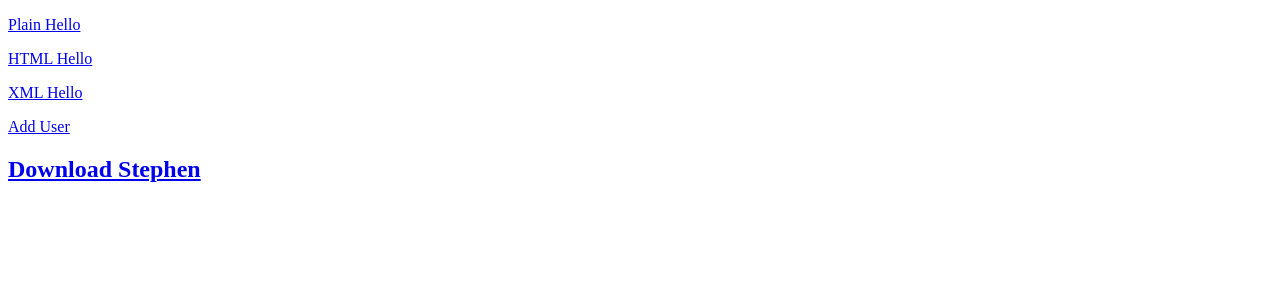
Repository: GourabIX/Java_FSD
Page: Assignment/restful_web_service/WebServiceClientWebApp/src/main/webapp/index.html
These files come from the project's save history. The page is drawn as it stood at one moment and after the next save; the edit follows.
The browser window is 1280 px wide. The pictures show the whole page.

Above is the page before, as saved 2019-10-03 13:07:22.

After the next save:
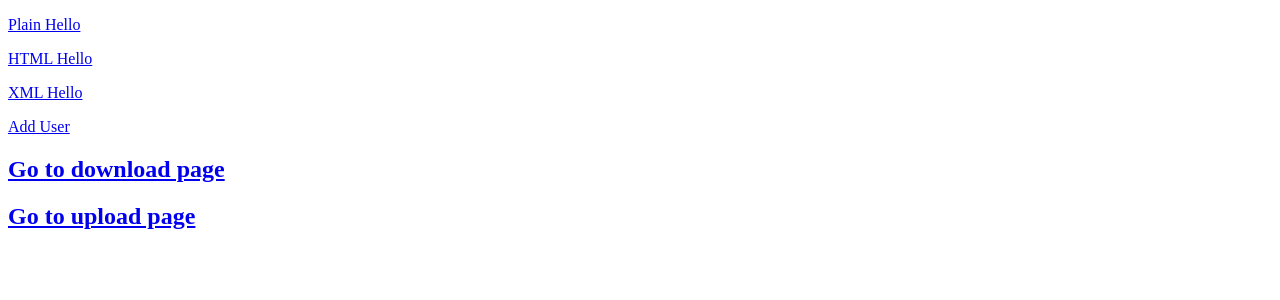
Saved 33 min 5 s later.
--- a/Assignment/restful_web_service/WebServiceClientWebApp/src/main/webapp/index.html
+++ b/Assignment/restful_web_service/WebServiceClientWebApp/src/main/webapp/index.html
@@ -22,7 +22,11 @@
 </p>
 
 <h2>
-<a href="download.html">Download Stephen</a>
+<a href="download.html">Go to download page</a>
+</h2>
+
+<h2>
+<a href="upload.html">Go to upload page</a>
 </h2>
 
 </body>
